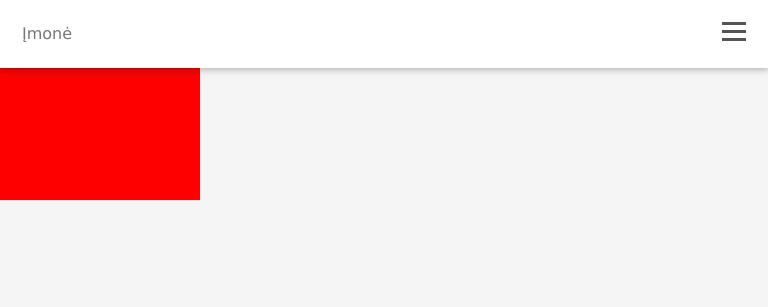
Repository: motiejus1/14-paskaita-05.31
Page: index.html
The author's editor kept a copy of each file at every save. The page is drawn from the files as they stood at one save, then again after a run of saves.
The browser window is 768 px wide. The pictures show the whole page.
Some web libraries are served in a nearby version.

Above is the page before, as saved 2021-06-23 20:30:03.

After the next 3 saves:
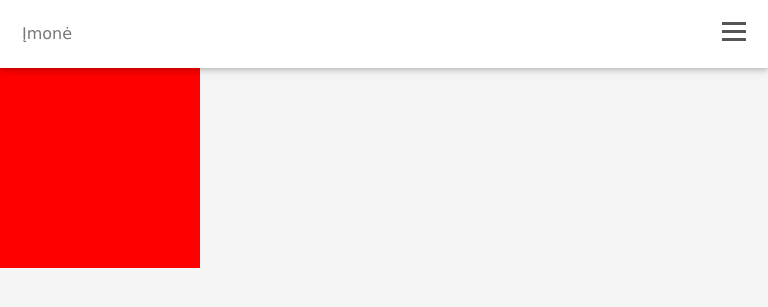
The 3 saves are shown as one change because they came seconds apart.
The last was saved 17 s later.
--- a/index.html
+++ b/index.html
@@ -131,7 +131,9 @@
 
         @media screen and (max-width: 791px) {
 
-
+            .container {
+                margin-top: 4.25rem;
+            }
 
             .navbar-component {
                 padding-top: 0.125rem;
